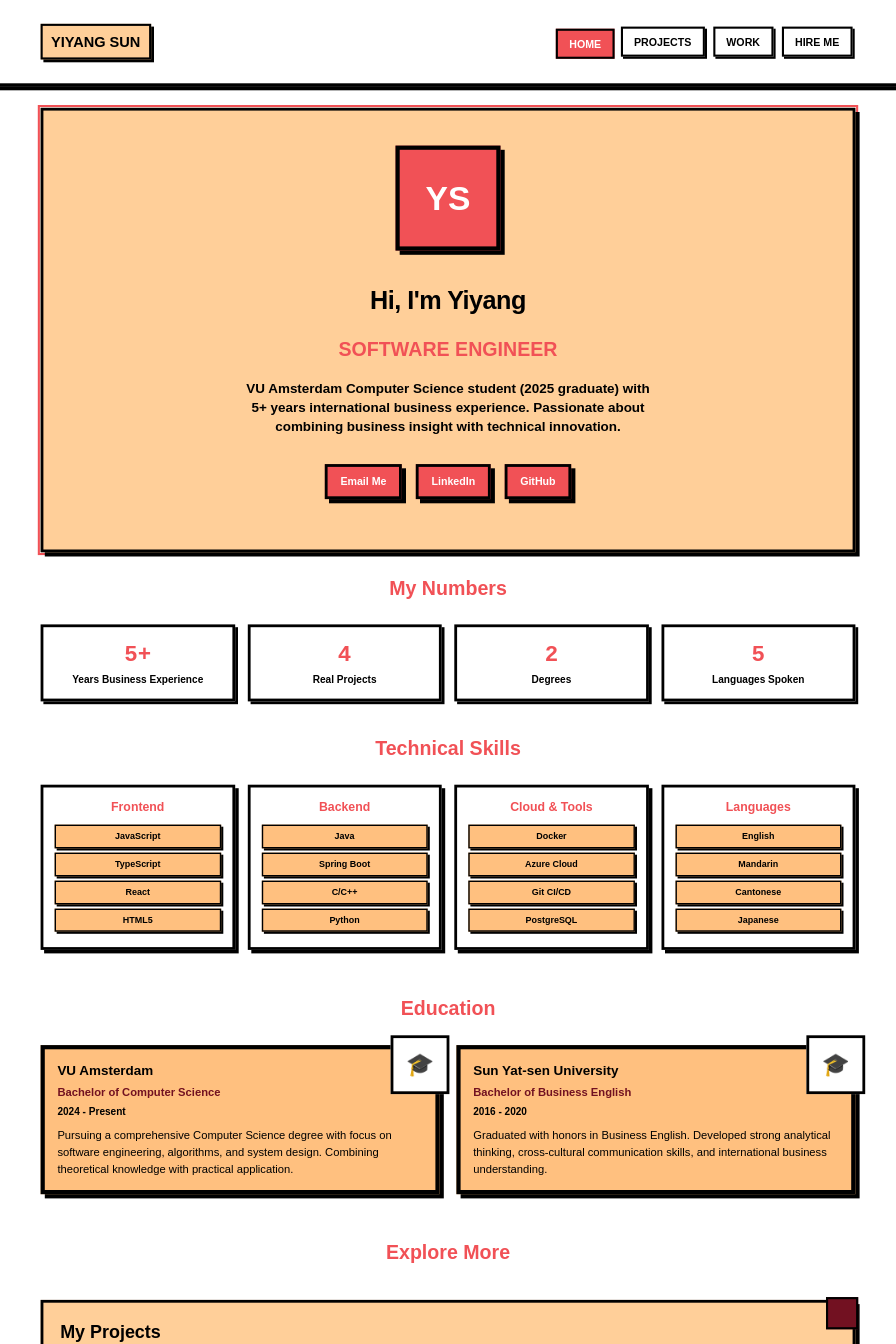
Repository: miloyiyangsun/yiyangsun.github.io
Page: .superdesign/design_iterations/yiyang_home_v2.html
The author's editor kept a copy of each file at every save. The page is drawn from the files as they stood at one save, then again after the next save.
The browser window is 1280 px wide. The pictures show the part of the page from y = 0 to 1920 px (the page is 2610 px tall before and 2419 px after), at 70% of full size.

Above is the page before, as saved 2025-09-03 18:15:01.

After the next save:
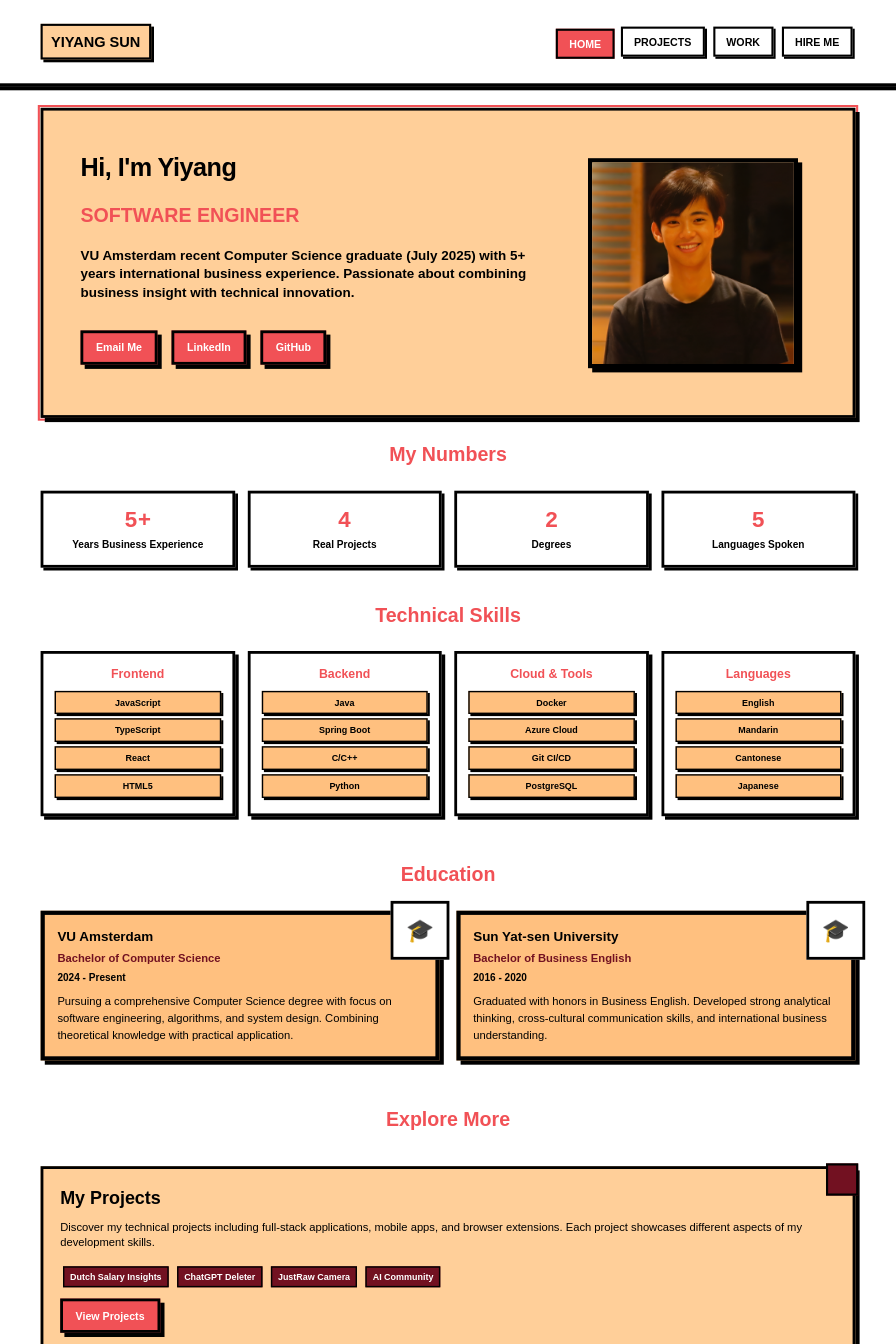
Saved 12 min 0 s later.
--- a/.superdesign/design_iterations/yiyang_home_v2.html
+++ b/.superdesign/design_iterations/yiyang_home_v2.html
@@ -43,33 +43,40 @@
             font-weight: 900;
         }
 
+        /* Hero Layout - Left Right */
+        .hero-layout {
+            display: grid;
+            grid-template-columns: 1fr 350px;
+            gap: 48px;
+            align-items: center;
+            max-width: 1050px;
+            margin: 0 auto;
+        }
+
+        .hero-content {
+            text-align: left;
+        }
+
+        .hero-avatar {
+            display: flex;
+            justify-content: center;
+            align-items: center;
+        }
+
         /* Hero Avatar - Brutalist */
         .brutalist-avatar-container {
             display: inline-block;
             position: relative;
-            margin: 18px auto;
         }
 
         .brutalist-avatar {
-            width: 150px;
-            height: 150px;
+            width: 300px;
+            height: 300px;
             border: 6px solid #000000;
             box-shadow: 6px 6px 0 #000000;
             display: block;
-            background: #F15156;
-        }
-
-        .brutalist-avatar::before {
-            content: 'YS';
-            position: absolute;
-            top: 50%;
-            left: 50%;
-            transform: translate(-50%, -50%);
-            font-family: Arial, sans-serif;
-            font-size: 3rem;
-            font-weight: 900;
-            color: #FFFFFF;
-            text-align: center;
+            border-radius: 0;
+            object-fit: cover;
         }
 
         /* Stats specific styling */
@@ -239,6 +246,26 @@
 
         /* Mobile brutal responsive */
         @media (max-width: 768px) {
+            .hero-layout {
+                grid-template-columns: 1fr;
+                gap: 24px;
+                text-align: center;
+            }
+
+            .hero-content {
+                text-align: center;
+                order: 2;
+            }
+
+            .hero-avatar {
+                order: 1;
+            }
+
+            .brutalist-avatar {
+                width: 225px;
+                height: 225px;
+            }
+
             .education-grid {
                 grid-template-columns: 1fr;
             }
@@ -247,18 +274,18 @@
                 gap: 12px;
             }
 
-            .brutalist-avatar {
-                width: 120px;
-                height: 120px;
-            }
-
-            .brutalist-avatar::before {
-                font-size: 2.2rem;
-            }
-
             .preview-card {
                 padding: 16px;
                 margin: 16px 0;
+            }
+
+            .nav-brand {
+                font-size: 1.1rem !important;
+                padding: 6px 10px;
+            }
+
+            .nav-links {
+                gap: 2px;
             }
         }
     </style>
@@ -282,23 +309,27 @@
     <main class="main-container">
         <!-- Hero Section - Brutalist -->
         <section class="brutalist-hero">
-            <div class="brutalist-text-center">
-                <div class="brutalist-avatar-container">
-                    <div class="brutalist-avatar"></div>
-                </div>
-
-                <h1 class="title-huge" style="margin: 24px 0;">Hi, I'm Yiyang</h1>
-                <h2 class="title-large" style="margin: 16px 0; text-transform: uppercase;">software engineer</h2>
-
-                <p style="font-size: 1.2rem; max-width: 600px; margin: 24px auto; font-weight: 700;">
-                    VU Amsterdam Computer Science student (2025 graduate) with 5+ years international business experience.
-                    Passionate about combining business insight with technical innovation.
-                </p>
-
-                <div style="margin: 32px 0;">
-                    <a href="mailto:miloyysun@outlook.com" class="brutalist-button" style="margin: 8px;">Email Me</a>
-                    <a href="https://linkedin.com/in/yiyangsunmilo" class="brutalist-button" style="margin: 8px;">LinkedIn</a>
-                    <a href="https://github.com/miloyiyangsun" class="brutalist-button" style="margin: 8px;">GitHub</a>
+            <div class="hero-layout">
+                <div class="hero-content">
+                    <h1 class="title-huge" style="margin: 24px 0;">Hi, I'm Yiyang</h1>
+                    <h2 class="title-large" style="margin: 16px 0; text-transform: uppercase;">software engineer</h2>
+
+                    <p style="font-size: 1.2rem; margin: 24px 0; font-weight: 700; line-height: 1.4;">
+                        VU Amsterdam recent Computer Science graduate (July 2025) with 5+ years international business experience.
+                        Passionate about combining business insight with technical innovation.
+                    </p>
+
+                    <div style="margin: 32px 0;">
+                        <a href="mailto:miloyysun@outlook.com" class="brutalist-button" style="margin: 8px 8px 8px 0;">Email Me</a>
+                        <a href="https://linkedin.com/in/yiyangsunmilo" class="brutalist-button" style="margin: 8px;">LinkedIn</a>
+                        <a href="https://github.com/miloyiyangsun" class="brutalist-button" style="margin: 8px;">GitHub</a>
+                    </div>
+                </div>
+
+                <div class="hero-avatar">
+                    <div class="brutalist-avatar-container">
+                        <img src="../../assets/images/yiyang-photo.jpg" alt="Yiyang Sun" class="brutalist-avatar">
+                    </div>
                 </div>
             </div>
         </section>
